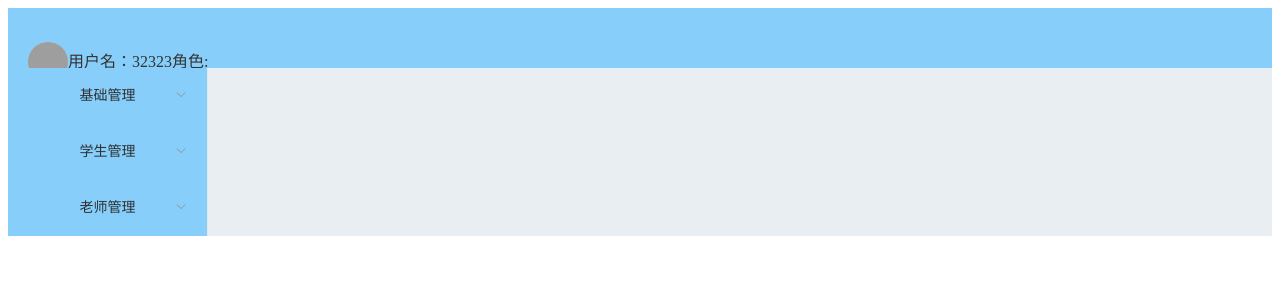
Repository: lwm9704/school-front
Page: /#/home
These files come from the project's save history. The page is drawn as it stood at one moment and after the next save; the edit follows.
The browser window is 1280 px wide. The pictures show the whole page.
Pictures or frames that could not be fetched are drawn as grey boxes. The project was rebuilt for these pictures with package versions that can differ from the ones it lists, and the page was loaded fresh each time. Also part of the build but not shown: src/view/login.vue.

Above is the page before, as saved 2021-11-15 15:54:41.

### src/main.js
// The Vue build version to load with the `import` command
// (runtime-only or standalone) has been set in webpack.base.conf with an alias.
import Vue from 'vue'
import App from './App'
import router from './router'
import ElementUI from 'element-ui'
import 'element-ui/lib/theme-chalk/index.css'
import Vuex from 'vuex'

Vue.config.productionTip = false
Vue.use(ElementUI)
Vue.use(Vuex)

/* eslint-disable no-new */
new Vue({
  el: '#app',
  router,
  components: { App },
  template: '<App/>'
})

### src/router/index.js

import Vue from 'vue'
import Router from 'vue-router'
import Login from '@/view/login'
import Home from '../view/home'


Vue.use(Router)

export default new Router({
  routes: [
    {
      path: '/',
      redirect: '/login',
    },
    {
      path: '/login',
      name: 'login',
      component: Login
    },
    {
      path: '/home',
      name: 'home',
      component: Home,
      children: [
        {
          path: '/user',
          name: 'user',
          component: () => import('@/view/user')
        },
        {
          path: '/code',
          name: 'code',
          component: () => import('@/view/code')
        },
        {
          path: '/course',
          name: 'course',
          component: () => import('@/view/course')
        },
        {
          path: '/grade',
          name: 'grade',
          component: () => import('@/view/grade')
        },
        {
          path: '/lecture',
          name: 'lecture',
          component: () => import('@/view/lecture')
        },
        {
          path: '/member',
          name: 'member',
          component: () => import('@/view/member')
        },
        {
          path: '/score',
          name: 'score',
          component: () => import('@/view/score')
        },
        {
          path: '/teaching',
          name: 'teaching',
          component: () => import('@/view/teaching')
        }
      ]
    },

  ]
})

### src/view/home.vue
<template>
  <el-container>
    <el-header>
      <div class="header">
        <myHeader></myHeader>
      </div>
    </el-header>
    <el-container>
      <el-aside width="200px" class="Aside">
        <leftMenu></leftMenu>
      </el-aside>
      <el-container>
        <el-main>
          <router-view></router-view>
        </el-main>
      </el-container>
    </el-container>
  </el-container>
</template>
<script>
import req from "../js/home";
import leftMenu from "../components/leftMenu";
import myHeader from "../components/myHeader";
export default {
  components: {
    leftMenu,
    myHeader,
  },

  methods: {
    // handlerSelect(key, path) {
    //   console.log(key, path);
    //   // console.log(this.$route.path)
    //   if (path !== this.$route.path) {
    //     this.$router.replace({ path: path});
    //     // this.$router.push({path: key, query: {}})
    //   }
    //   // this.$router.push({name: key, params: {}})
    //   console.log(key);
    //   console.log(path);
    // },
    //侧边栏的方法
    handleOpen(key, keyPath) {
      console.log(key, keyPath);
    },
    handleClose(key, keyPath) {
      console.log(key, keyPath);
    },
  },
  mounted() {},
};
</script>
<style lang="scss" scoped>
.el-header,
.el-footer {
  background-color: #87CEFA;
  color: #333;
  text-align: center;
  line-height: 60px;
}

.el-aside {
  background-color: #87CEFA;
  color: #333;
  text-align: center;
  line-height: 200px;
}

.el-main {
  background-color: #e9eef3;
  color: #333;
  text-align: center;
  line-height: 160px;
}

body > .el-container {
  margin-bottom: 40px;
}
</style>

### src/js/home.js
import req from "../fect/rquestConfig";

const config = {
    getUserInfo: {
        url: '/user/selectOfCondition',
        method: 'get'
    },
}
const request = function (funcName, requestParam) {
    return req(config[funcName].url, config[funcName].method, requestParam, {}, config[funcName].fileConfig)
}
export default request

### src/components/leftMenu.vue
<template>
  <div>
    <el-menu
      class="el-menu-vertical-demo"
      :default-active="this.$router.path"
      router
      background-color="#87CEFA"
      @open="handleOpen"
      @close="handleClose"
    >
      <el-submenu
        v-for="(item, index) in menuList"
        :index="index + ''"
        :key="item.labe"
      >
        <template slot="title">{{ item.labe }}</template>
        <div v-if="item.children">
          <el-menu-item
            v-for="items in item.children"
            :index="items.path"
            :key="items.path"
          >
            <template slot="title">
              {{ items.labe }}
            </template>
          </el-menu-item>
        </div>
      </el-submenu>
    </el-menu>
  </div>
</template>

<script>
// import router from 'vue-router'
export default {
  name: "leftMenu",
  props: [],
  data() {
    return {
      menuList: [
        {
          index: "1",
          labe: "基础管理",
          children: [
            {
              index: "1 - 1",
              labe: "编码管理",
              path: "/code",
            },
            {
              index: "1 - 2",
              labe: "用户管理",
              path: "/user",
            },
            {
              index: "1 - 3",
              labe: "班级管理",
              path: "/grade",
            },
            {
              index: "1 - 4",
              labe: "课程管理",
              path: "/course",
            },
          ],
        },
        {
          index: "2",
          labe: "学生管理",
          children: [
            {
              index: "2 - 1",
              labe: "学生家庭成员管理",
              path: "/member",
            },
            {
              index: "2 - 2",
              labe: "考试成绩管理",
              path: "/score",
            },
          ],
        },
        {
          index: "3",
          labe: "老师管理",
          children: [
            {
              index: "3 - 1",
              labe: "教学管理",
              path: "/teaching",
            },
            {
              index: "3 - 2",
              labe: "授课管理",
              path: "/lecture",
            },
          ],
        },
      ],
    };
  },
  methods: {
    // handlerSelect(key, path) {
    // console.log(key,path)
    // if (path !== this.$route.path) {
    //   this.$router.replace({path:'path'});
    //   // this.$router.push({path: key, query: {}})
    // }
    // // this.$router.push({name: key, params: {}})
    // console.log(key);
    // console.log(path);
    // this.$emit('select', key,path);
    // },
    handleOpen(key, keyPath) {
      console.log(key, keyPath);
    },
    handleClose(key, keyPath) {
      console.log(key, keyPath);
    },
  },
};
</script>

<!-- Add "scoped" attribute to limit CSS to this component only -->
<style scoped>
</style>

### src/components/myHeader.vue
<template>
  <div class="myHeader">
    <div class="userInfo">
      <div class="avatar">
        <el-avatar
          src="https://cube.elemecdn.com/0/88/03b0d39583f48206768a7534e55bcpng.png"
        ></el-avatar>
      </div>
      <div class="charInfo">
        <span>用户名：{{userInfo.account}}</span>
        <span>角色:{{userInfo.role}}</span>
      </div>
    </div>
  </div>
</template>
<script>
export default {
  name: "myHeader",
  props: [],
  data() {
    return {
      userInfo: {
        userId: "3232",
        account: "32323",
        role: "",
      },
    };
  },
  methods: {
    getUserInfo() {},
  },
  mounted() {
    this.getUserInfo();
  },
};
</script>
<style lang="scss" scoped>
.myHeader{
  background-color:#87CEFA;
  padding-top: 2%;
}
.userInfo {
    display: flex;
    flex-direction: row;
    .avatar{
      padding-top: 10px;
    }
}
</style>

### src/fect/rquestConfig.js
import axios from 'axios'
import { throwErr } from './throwErr'

// const urlHead = 'http://305o99f251.wicp.vip'
const urlHead = 'http://localhost:9000'
const qs = require('qs')

/**
 *
 * @param {String} url 请求路径
 * @param {String} method 请求方法
 * @param {Object} params 请求参数
 * @param {Object} requestHeader 请求头
 * @param {Object} fileConfig ---> {type, fileName} 导出配置 ---> 导出类型, 文件名称
 */
const req = function (url, method, params, requestHeader, fileConfig = {}) {
    let instance = axios.create({
        baseURL: urlHead,
        timeout: 60000
    })

    // 添加请求拦截器
    instance.interceptors.request.use(config => {
        return config
    }, error => {
        return Promise.reject(error)
    })

    let requestConfig = {
        url: url,
        method: method,
        //将header、params、token复制到目标
        params: Object.assign({}, params, { access_token: JSON.parse(sessionStorage.getItem('userInfo')).access_token }),
        data: qs.stringify(Object.assign({}, params, { access_token: JSON.parse(sessionStorage.getItem('userInfo')).access_token })),
        headers: {},
        responseType: fileConfig.type === 'file' ? 'blob' : ''
    }

    let getReg = /get|GET/
    let postReg = /post|POST/

    let fileData = {}

    let timer = null

    // 请求类型为导出时，添加vuex状态管理，定时修改vuex对应记录，请求完成或者请求报错时，停止定时器
    if (fileConfig.type === 'file') {
        fileData = {
            fileId: new Date().getTime(),
            fileName: fileConfig.fileName,
            fileLoadTime: 0,
            fileStatus: 'downloading',
            errorInfo: '',
            fileUrl: null
        }

    }

    if (getReg.test(requestConfig.method)) {
        delete requestConfig.data
        requestConfig.headers['Content-Type'] = 'application/json'
    } else if (postReg.test(requestConfig.method)) {
        delete requestConfig.params
        requestConfig.headers['Content-Type'] = 'application/x-www-form-urlencoded'
    }

    // 添加响应拦截器
    instance.interceptors.response.use(response => {
        clearInterval(timer)
        timer = null

        if (response.status === 200) {
            if (fileConfig.type === 'file') {
                fileData.fileStatus = 'success'
                fileData.fileUrl = window.URL.createObjectURL(new Blob([response.data]))
                // store.commit('changeExportFileList', fileData)
            }

            return response.data
        } else {
            if (fileConfig.type === 'file') {
                fileData.fileStatus = 'error'
                // store.commit('changeExportFileList', fileData)
            }

            throw new Error(throwErr(response))
        }
    }, error => {
        clearInterval(timer)
        timer = null

        if (fileConfig.type === 'file') {
            fileData.fileStatus = 'error'
            // store.commit('changeExportFileList', fileData)
        }

        return Promise.reject(error)
    })

    return instance(requestConfig)
}

export default req

### src/fect/throwErr.js
// axios错误信息匹配
export const throwErr = (response) => {
    let message = '请求错误'
    switch (response.status) {
        case 400:
            message = '请求错误'
            break
        case 401:
            message = '未授权，请登录'
            break
        case 403:
            message = '拒绝访问'
            break
        case 404:
            message = `请求地址出错: ${response.config.url}`
            break
        case 408:
            message = '请求超时'
            break
        case 500:
            message = '服务器内部错误'
            break
        case 501:
            message = '服务未实现'
            break
        case 502:
            message = '网关错误'
            break
        case 503:
            message = '服务不可用'
            break
        case 504:
            message = '网关超时'
            break
        case 505:
            message = 'HTTP版本不受支持'
            break
        default:
    }
    return '错误码:' + response.status + ' ' + '错误信息:' + message
}

Loaded but not shown: index.html (common file); src/App.vue (common file)

After the next save:
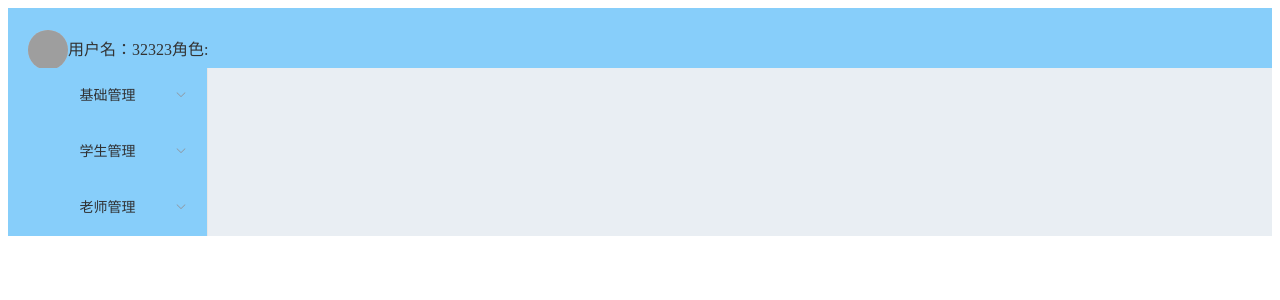
Saved 6 s later.
--- a/src/components/myHeader.vue
+++ b/src/components/myHeader.vue
@@ -37,7 +37,7 @@ export default {
 <style lang="scss" scoped>
 .myHeader{
   background-color:#87CEFA;
-  padding-top: 2%;
+  padding-top: 1%;
 }
 .userInfo {
     display: flex;
